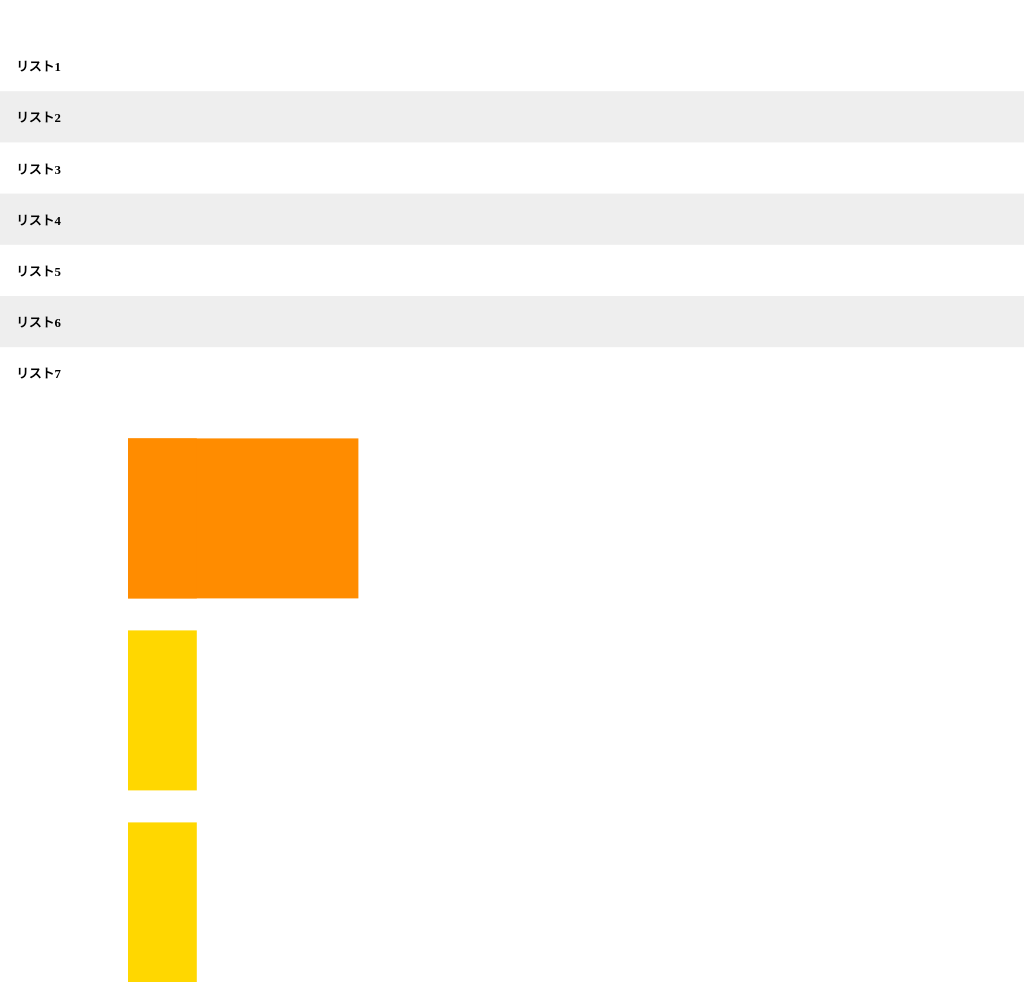
Repository: Tyubyasa/abc
Page: chapter8/chapter8.html
The author's editor kept a record of every edit. The page is drawn from the files as they stood at one moment, then again after the next edit.
The browser window is 1280 px wide. The pictures show the whole page, at 80% of full size.

Above is the page before.

### chapter8/chapter8.html
<!DOCTYPE html>
<html lang="ja">
  <head>
    <meta charset="UTF-8" />
    <!-- CSSファイルの読み込み -->
    <link rel="stylesheet" href="chapter8.css" />
    <title>chapter8</title>
 </head>

 <style>
    .body {
        font-size: 12px;
    }
</style>

<section class="main">
    <h1 class="item-list">
      </h1>
   <h4 class="item">
     リスト1
      </h4>
      <h4 class="item">
      リスト2
      </h4>
      <h4 class="item">
        リスト3
      </h4>
      <h4 class="item">
        リスト4
      </h4>
      <h4 class="item">
        リスト5
      </h4>
      <h4 class="item">
        リスト6
      </h4>
      <h4 class="item">
        リスト7
      </h4>
</section>

 <!-- main用のdiv -->
    <main>
      <div class="box-list">
        <div class="box">
      <div class="box">
         </div>
        <div class="box">
           </div>
          <div class="box">
             </div>
            <div class="box4">
               </div>
              <div class="box5">
                 </div>
                <div class="box6">
                   </div>
                  <div class="box7">
                     </div>
                    <div class="box8">
                       </div>
                      <div class="box9">
          </div>
          </div>
          </div>
          </main>

### chapter8/chapter8.css
* {
  margin: 0;
  padding: 0;
  box-sizing: border-box;
}

main {
  width: 960px;
  margin: 50px auto;
}

.item-list {
  margin-bottom: 50px;
}

.item {
  padding: 20px;
  list-style: none;
}

.item:nth-child(odd) {
  background-color: #eee;
}

.box-list {
  display: flex;
  flex-wrap: wrap;
}

.box {
  background-color: #ffd700;
  width: 30%;
  height: 200px;
  margin-right: 5%;
  margin-bottom: 40px;
}

.box:first-child,
.box:nth-child(5),
.box:last-child {
  background-color: #ff8c00;
}

.box:nth-child(3n) {
  margin-right: 0;
}

.box:nth-last-child(-n + 3) {
  margin-bottom: 0;
}

After the next edit:
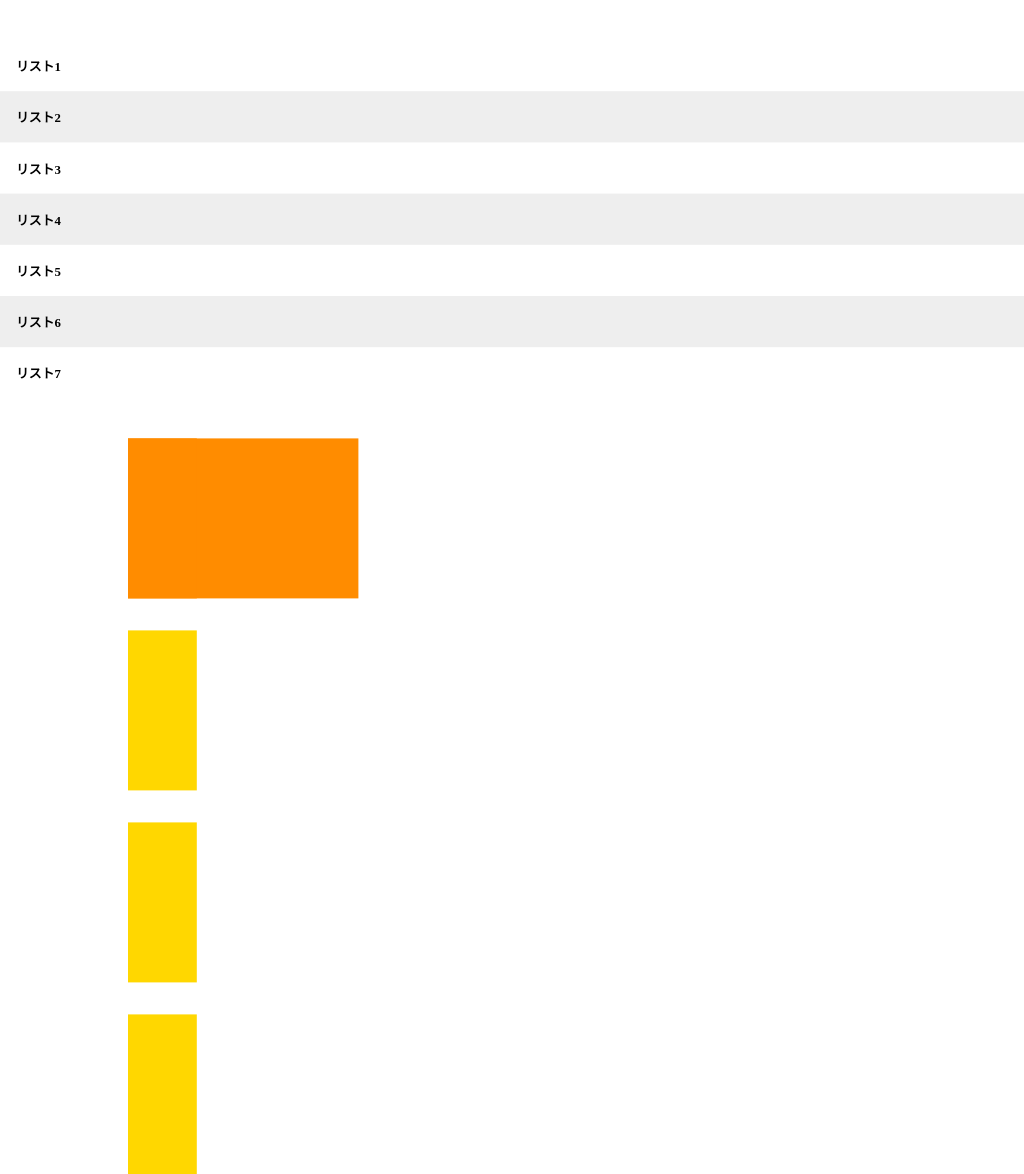
The edit:
--- a/chapter8/chapter8.html
+++ b/chapter8/chapter8.html
@@ -49,7 +49,7 @@
            </div>
           <div class="box">
              </div>
-            <div class="box4">
+            <div class="box">
                </div>
               <div class="box5">
                  </div>
